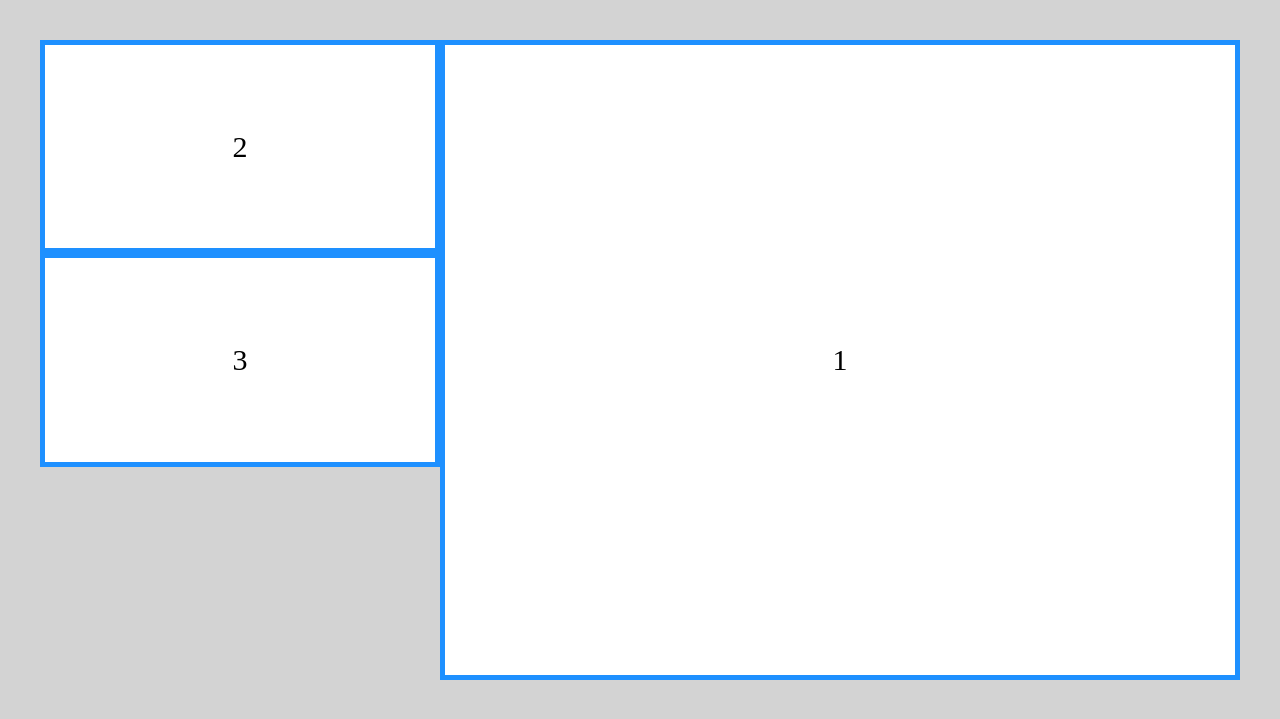
Repository: eversonps/flexbox-grid-css
Page: grid/cssgrid2.html
These files come from the project's save history. The page is drawn as it stood at one moment and after the next save; the edit follows.
The browser window is 1280 px wide. The pictures show the whole page.

Above is the page before, as saved 2022-03-23 16:45:51.

After the next save:
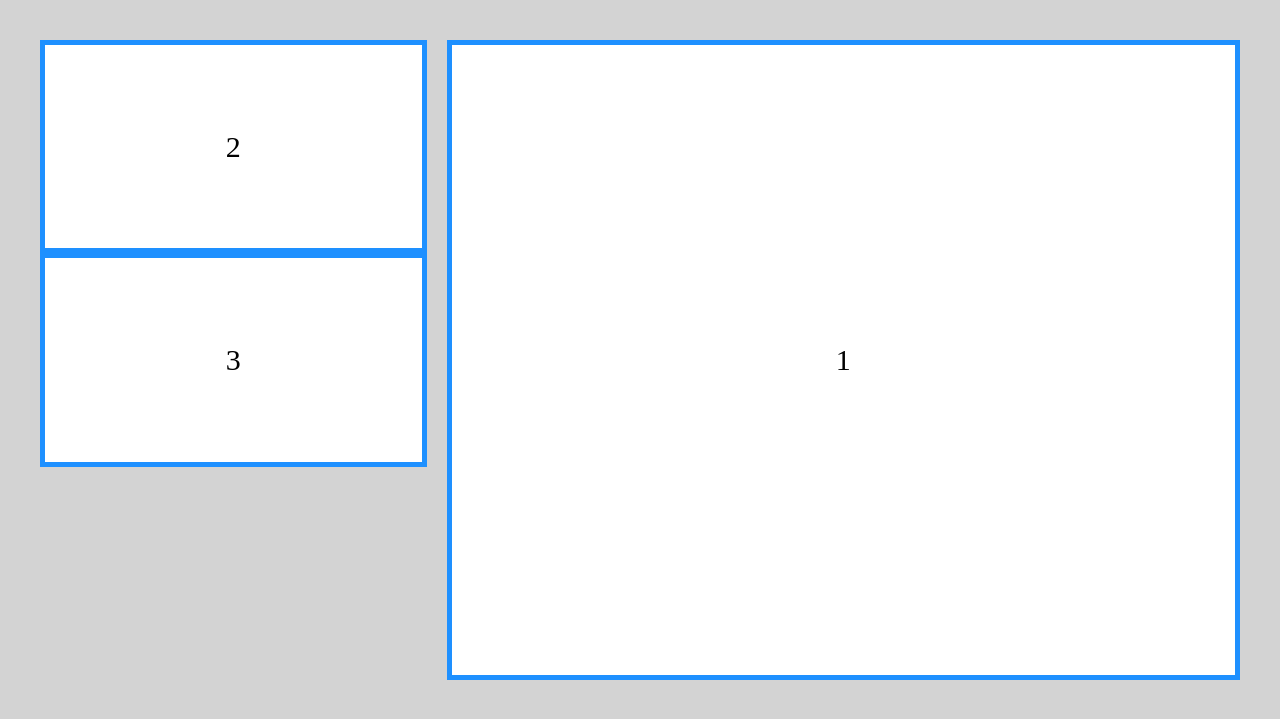
Saved 3 min 7 s later.
--- a/grid/cssgrid2.html
+++ b/grid/cssgrid2.html
@@ -27,6 +27,8 @@
                                    [metade1] 1fr
                                    [metade2] 1fr [fim];
             grid-template-rows: repeat(3, 1fr);
+
+            grid-column-gap: 20px;
         }
 
         .d1{
